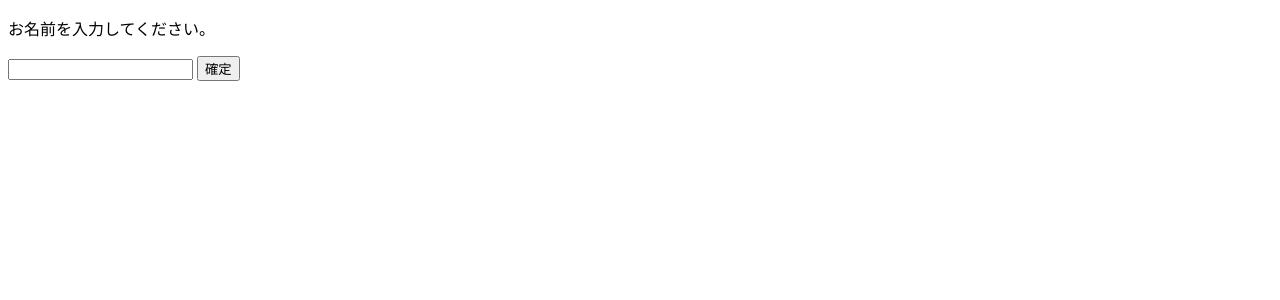
Repository: shimadaasato/test
Page: http://localhost/HelloJsp/
These files come from the project's save history. The page is drawn as it stood at one moment and after the next save; the edit follows.
The browser window is 1280 px wide. The pictures show the whole page.
The page is served by Tomcat 9.

Above is the page before, as saved 2018-12-10 10:43:37.

### HelloJsp/WebContent/index.jsp
<%@ page language="java" contentType="text/html; charset=UTF-8"
    pageEncoding="UTF-8"%>
<!DOCTYPE html PUBLIC "-//W3C//DTD HTML 4.01 Transitional//EN" "http://www.w3.org/TR/html4/loose.dtd">
<html>
<head>
<meta charset="utf-8">

<title>TEST</title>
</head>
<body>
<p>お名前を入力してください。</p>
<form mathod="post" action="greeting-out.jsp">
<input type="text" name="user">
<input type="submit" value="確定">

</form>


</body>
</html>

After the next save:
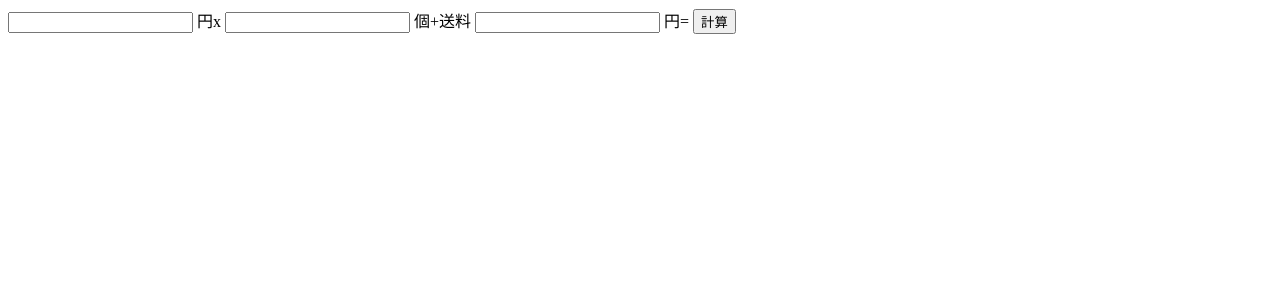
Saved 5 min 33 s later.
--- a/HelloJsp/WebContent/index.jsp
+++ b/HelloJsp/WebContent/index.jsp
@@ -8,13 +8,18 @@
 <title>TEST</title>
 </head>
 <body>
-<p>お名前を入力してください。</p>
-<form mathod="post" action="greeting-out.jsp">
-<input type="text" name="user">
-<input type="submit" value="確定">
+<form method="post" action="total-out.jsp">
+<input type="text" name="price">
+円x
+<input type="text" name="count">
+
+個+送料
+<input type="text" name="delivery">
+
+円=
+<input type="submit" value="計算">
 
 </form>
 
-
 </body>
 </html>
